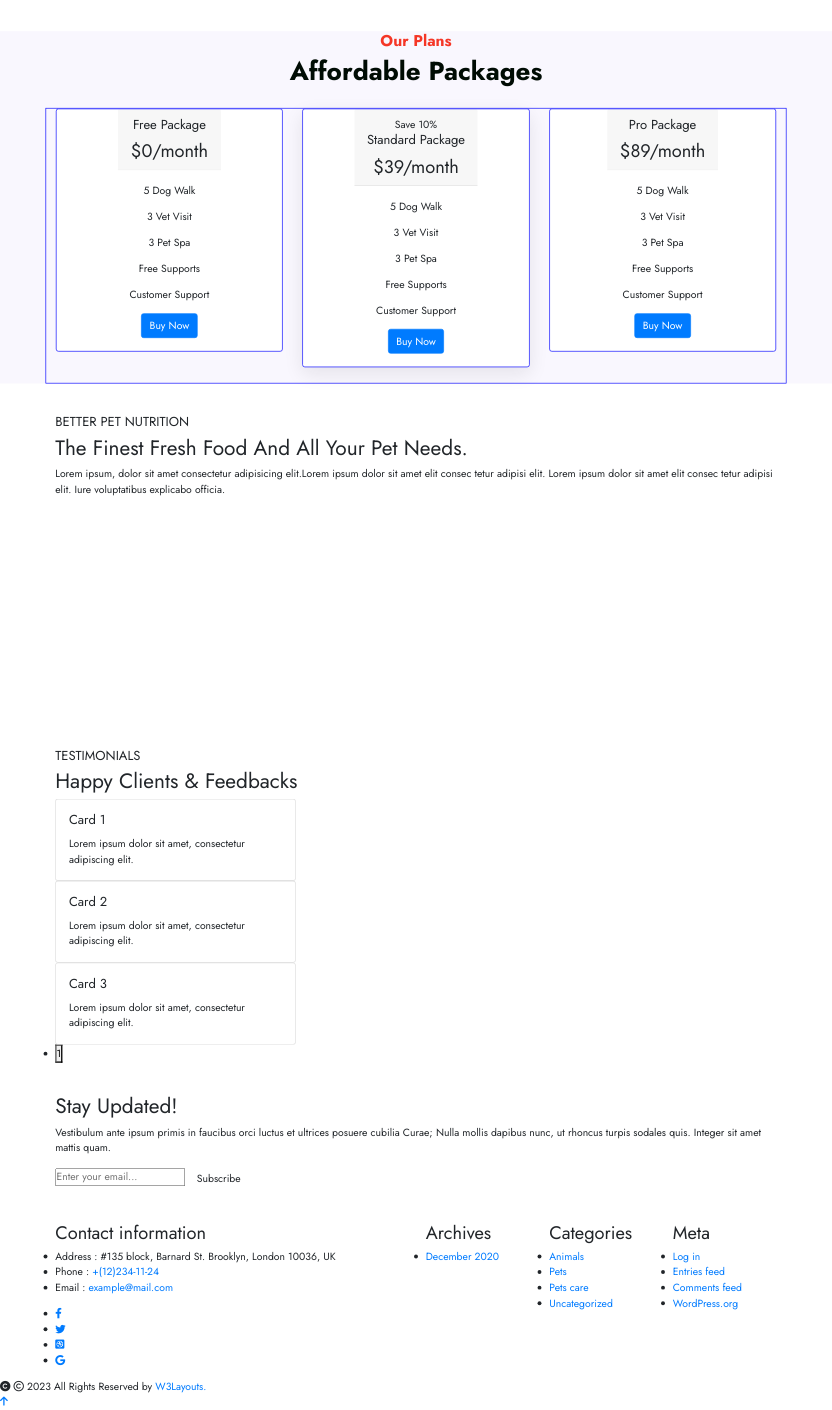
Repository: thanhfrankie/poochcare
Page: index.html
An editor plug-in stored every save of this project. The page is shown before and after a run of saves, followed by the edit.
The browser window is 1280 px wide. The pictures show the whole page, at 65% of full size.
Pictures or frames that could not be fetched are drawn as grey boxes.

Above is the page before, as saved 2023-12-20 21:38:40.

### index.html
<!DOCTYPE html>
<html lang="en">
  <head>
    <title>Pooch Care</title>
    <!-- Required meta tags -->
    <meta charset="utf-8" />
    <meta
      name="viewport"
      content="width=device-width, initial-scale=1, shrink-to-fit=no"
    />
    <!-- FONT AWESOME -->
    <link
      rel="stylesheet"
      href="https://cdnjs.cloudflare.com/ajax/libs/font-awesome/6.4.2/css/all.min.css"
      integrity="sha512-z3gLpd7yknf1YoNbCzqRKc4qyor8gaKU1qmn+CShxbuBusANI9QpRohGBreCFkKxLhei6S9CQXFEbbKuqLg0DA=="
      crossorigin="anonymous"
      referrerpolicy="no-referrer"
    />
    <!-- Bootstrap CSS -->
    <link
      rel="stylesheet"
      href="https://stackpath.bootstrapcdn.com/bootstrap/4.3.1/css/bootstrap.min.css"
      integrity="sha384-ggOyR0iXCbMQv3Xipma34MD+dH/1fQ784/j6cY/iJTQUOhcWr7x9JvoRxT2MZw1T"
      crossorigin="anonymous"
    />
    <!-- Font Jost -->
    <link rel="preconnect" href="https://fonts.googleapis.com" />
    <link rel="preconnect" href="https://fonts.gstatic.com" crossorigin />
    <link
      href="https://fonts.googleapis.com/css2?family=Jost:wght@300;400;700&display=swap"
      rel="stylesheet"
    />
    <!-- Pricing CSS -->
    <link rel="stylesheet" href="./css/pricing.css" />
    <!-- pet food CSS (em đặt tên nutrition hay pet-nutrition hay pet__nutrition nó không cho đặt vậy ạ) -->
    <link rel="stylesheet" href="./css/petfood.css" />
    <!-- Testimonials CSS -->
    <link rel="stylesheet" href="./css/testimonials.css" />
    <!-- Subscribe CSS -->
    <link rel="stylesheet" href="./css/subscribe.css" />
    <!-- footer CSS -->
    <link rel="stylesheet" href="./css/footer.css" />
    <!-- Main CSS -->
    <link rel="stylesheet" href="./css/style.css" />
  </head>
  <body>
    <!-- Pricing -->
    <section class="pricing" id="pricing">
      <div class="container mt-5">
        <div class="title">
          <h4>Our Plans</h4>
          <h2>Affordable Packages</h2>
        </div>
        <div class="row">
          <!-- Pricing Card 1 -->
          <div class="col-lg-4">
            <div class="card">
              <div class="card-header">
                <h5 class="card-title">Free Package</h5>
                <h3 class="card-text">$0/month</h3>
              </div>
              <div class="card-body">
                <p class="card-text">5 Dog Walk</p>
                <p class="card-text">3 Vet Visit</p>
                <p class="card-text">3 Pet Spa</p>
                <p class="card-text">Free Supports</p>
                <p class="card-text">Customer Support</p>
                <a href="#" class="btn btn-primary btn-buy">Buy Now</a>
              </div>
            </div>
          </div>

          <!-- Pricing Card 2 -->
          <div class="col-lg-4 mb-4">
            <div class="card card2">
              <div class="card-header">
                <div class="card-save">Save 10%</div>
                <h5 class="card-title">Standard Package</h5>
                <h3 class="card-text">$39/month</h3>
              </div>
              <div class="card-body">
                <p class="card-text">5 Dog Walk</p>
                <p class="card-text">3 Vet Visit</p>
                <p class="card-text">3 Pet Spa</p>
                <p class="card-text">Free Supports</p>
                <p class="card-text">Customer Support</p>
                <a href="#" class="btn btn-primary btn-buy">Buy Now</a>
              </div>
            </div>
          </div>

          <!-- Pricing Card 3 -->
          <div class="col-lg-4 mb-4">
            <div class="card">
              <div class="card-header">
                <h5 class="card-title">Pro Package</h5>
                <h3 class="card-text">$89/month</h3>
              </div>
              <div class="card-body">
                <p class="card-text">5 Dog Walk</p>
                <p class="card-text">3 Vet Visit</p>
                <p class="card-text">3 Pet Spa</p>
                <p class="card-text">Free Supports</p>
                <p class="card-text">Customer Support</p>
                <a href="#" class="btn btn-primary btn-buy">Buy Now</a>
              </div>
            </div>
          </div>
        </div>
      </div>
    </section>
    <!-- PET NUTRITION -->
    <section class="nutrition">
      <div class="container mt-5">
        <h5>BETTER PET NUTRITION</h5>
        <h2>The Finest Fresh Food And All Your Pet Needs.</h2>
        <p>
          Lorem ipsum, dolor sit amet consectetur adipisicing elit.Lorem ipsum
          dolor sit amet elit consec tetur adipisi elit. Lorem ipsum dolor sit
          amet elit consec tetur adipisi elit. Iure voluptatibus explicabo
          officia.
        </p>
        <iframe
          width="560"
          height="315"
          src="https://www.youtube.com/embed/JXUTJNv4j6A?si=1nzgvqwKbkVzJ4BS"
          title="YouTube video player"
          frameborder="0"
          allow="accelerometer; autoplay; clipboard-write; encrypted-media; gyroscope; picture-in-picture; web-share"
          allowfullscreen
        ></iframe>
      </div>
    </section>
    <!-- TESTIMONIALS -->
    <section class="testimonial">
      <div class="container mt-5">
        <h5>TESTIMONIALS</h5>
        <h2>Happy Clients & Feedbacks</h2>
        <div class="slick-carousel">
          <!-- Slick Carousel Item 1 -->
          <div class="card">
            <div class="card-body">
              <h5 class="card-title">Card 1</h5>
              <p class="card-text">
                Lorem ipsum dolor sit amet, consectetur adipiscing elit.
              </p>
            </div>
          </div>

          <!-- Slick Carousel Item 2 -->
          <div class="card">
            <div class="card-body">
              <h5 class="card-title">Card 2</h5>
              <p class="card-text">
                Lorem ipsum dolor sit amet, consectetur adipiscing elit.
              </p>
            </div>
          </div>

          <!-- Slick Carousel Item 3 -->
          <div class="card">
            <div class="card-body">
              <h5 class="card-title">Card 3</h5>
              <p class="card-text">
                Lorem ipsum dolor sit amet, consectetur adipiscing elit.
              </p>
            </div>
          </div>
        </div>
      </div>
    </section>
    <!-- Subscribe -->
    <section class="subscribe">
      <div class="container mt-5">
        <h2>Stay Updated!</h2>
        <p>
          Vestibulum ante ipsum primis in faucibus orci luctus et ultrices
          posuere cubilia Curae; Nulla mollis dapibus nunc, ut rhoncus turpis
          sodales quis. Integer sit amet mattis quam.
        </p>
        <input
          type="email"
          name=""
          id="subscribe"
          placeholder="Enter your email..."
        />
        <button class="btn">Subscribe</button>
      </div>
    </section>
    <footer>
      <div class="container mt-5">
        <div class="row">
          <div class="col-lg-6">
            <h3>Contact information</h3>
            <ul class="footer__contact">
              <li>
                Address : #135 block, Barnard St. Brooklyn, London 10036, UK
              </li>
              <li>
                Phone :
                <span>
                  <a href="#">+(12)234-11-24</a>
                </span>
              </li>
              <li>
                Email :
                <span>
                  <a href="#">example@mail.com</a>
                </span>
              </li>
            </ul>
            <ul class="footer__social">
              <li>
                <a href="https://www.facebook.com/w3layouts/">
                  <i class="fa-brands fa-facebook-f"></i
                ></a>
              </li>
              <li>
                <a href="https://twitter.com/W3layouts"
                  ><i class="fa-brands fa-twitter"></i
                ></a>
              </li>
              <li>
                <a href="https://dribbble.com/w3layouts"
                  ><i class="fa-brands fa-square-dribbble"></i
                ></a>
              </li>
              <li>
                <a href="https://myaccount.google.com/intro/profile"
                  ><i class="fa-brands fa-google"></i
                ></a>
              </li>
            </ul>
          </div>
          <div class="col-lg-6">
            <div class="row">
              <div class="col-sm-4">
                <h3>Archives</h3>
                <ul>
                  <li>
                    <a href="#"> December 2020 </a>
                  </li>
                </ul>
              </div>
              <div class="col-sm-4">
                <h3>Categories</h3>
                <ul>
                  <li>
                    <a href="#"> Animals </a>
                  </li>
                  <li>
                    <a href="#"> Pets </a>
                  </li>
                  <li>
                    <a href="#"> Pets care </a>
                  </li>
                  <li>
                    <a href="#"> Uncategorized </a>
                  </li>
                </ul>
              </div>
              <div class="col-sm-4">
                <h3>Meta</h3>
                <ul>
                  <li>
                    <a href="#"> Log in </a>
                  </li>
                  <li>
                    <a href="#"> Entries feed </a>
                  </li>
                  <li>
                    <a href="#"> Comments feed </a>
                  </li>
                  <li>
                    <a href="#"> WordPress.org </a>
                  </li>
                </ul>
              </div>
            </div>
          </div>
        </div>
      </div>
      <div class="copyright">
        <i class="fa fa-copyright" aria-hidden="true"></i>
        <i class="fa-regular fa-copyright"></i>
        <span
          >2023 All Rights Reserved by
          <a href="https://w3layouts.com/">W3Layouts.</a></span
        >
      </div>
    </footer>
    <a href="#" class="backToTop cd-top text-replace js-cd-top">
      <i class="fa fa-arrow-up"></i>
    </a>
    <!-- Optional JavaScript -->
    <!-- jQuery first, then Popper.js, then Bootstrap JS -->
    <script
      src="https://code.jquery.com/jquery-3.3.1.slim.min.js"
      integrity="sha384-q8i/X+965DzO0rT7abK41JStQIAqVgRVzpbzo5smXKp4YfRvH+8abtTE1Pi6jizo"
      crossorigin="anonymous"
    ></script>
    <script
      src="https://cdnjs.cloudflare.com/ajax/libs/popper.js/1.14.7/umd/popper.min.js"
      integrity="sha384-UO2eT0CpHqdSJQ6hJty5KVphtPhzWj9WO1clHTMGa3JDZwrnQq4sF86dIHNDz0W1"
      crossorigin="anonymous"
    ></script>
    <script
      src="https://stackpath.bootstrapcdn.com/bootstrap/4.3.1/js/bootstrap.min.js"
      integrity="sha384-JjSmVgyd0p3pXB1rRibZUAYoIIy6OrQ6VrjIEaFf/nJGzIxFDsf4x0xIM+B07jRM"
      crossorigin="anonymous"
    ></script>
    <!-- slick carousel  -->
    <script
      src="https://cdnjs.cloudflare.com/ajax/libs/slick-carousel/1.8.1/slick.min.js"
      integrity="sha512-XtmMtDEcNz2j7ekrtHvOVR4iwwaD6o/FUJe6+Zq+HgcCsk3kj4uSQQR8weQ2QVj1o0Pk6PwYLohm206ZzNfubg=="
      crossorigin="anonymous"
      referrerpolicy="no-referrer"
    ></script>
    <script>
      // Initialize Slick Carousel
      $(".slick-carousel").slick({
        slidesToShow: 3,
        slidesToScroll: 1,
        dots: true,
        prevArrow: '<button type="button" class="slick-prev">&#9665;</button>',
        nextArrow: '<button type="button" class="slick-next">&#9655;</button>',
        responsive: [
          {
            breakpoint: 768,
            settings: {
              slidesToShow: 2,
            },
          },
          {
            breakpoint: 576,
            settings: {
              slidesToShow: 1,
            },
          },
        ],
      });
    </script>
  </body>
</html>

### css/pricing.css
.pricing {
    background-color: #F9F7FE;
}
.pricing .container {
    width: 100%;
}
.pricing .container .title {
    display: flex;
    justify-content: center;
    align-items: center;
    flex-direction: column;
    padding-bottom: 25px;
}
.pricing .container .title h4 {
    color: #F53626;
    font-weight: 550;

}
.pricing .title h2{
    font-size: 40px;
    font-weight: 600;
    line-height: 48px;
    text-transform: capitalize;
    color:#000C04;
 }
 .pricing .container .row {
    gap: -40px;
    border: 1px solid blue;

 }
 .pricing .container .row .card {
    display: flex;
    justify-content: center;
    align-items: center;
    flex-direction: column;
    text-align: center;
    border: 1px solid blue;
    background-color: #FFFFFF;

 }
 .pricing .container .row .card2 {
    box-shadow: 0 10px 30px 0 rgba(17, 17, 17, 0.09);
    padding: 0 30px;
    z-index: 1;
 }

### css/testimonials.css
TESTIMONIALS

### css/style.css
/* Global */
* {
  padding: 0;
  margin: 0;
  box-sizing: border-box;
}
html,
body {
  font-family: "Jost", sans-serif;
}

Loaded but not shown: css/footer.css (no copy from this time; the picture is the same without it); css/petfood.css (no copy from this time; the picture is the same without it); css/subscribe.css (no copy from this time; the picture is the same without it)

After the next 2 saves:
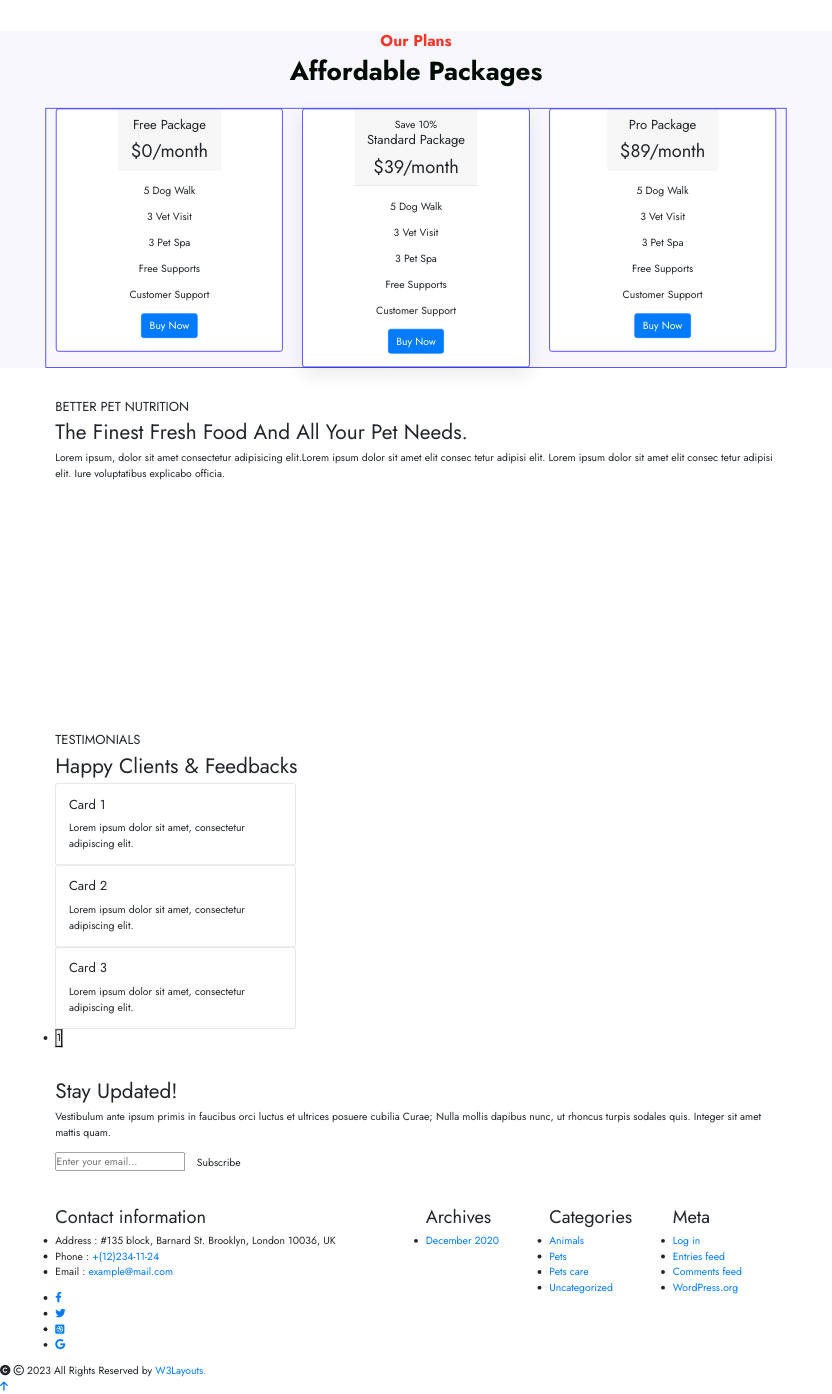
The 2 saves are shown as one change because they came seconds apart.
The last was saved 10 s later.
--- a/index.html
+++ b/index.html
@@ -71,7 +71,7 @@
           </div>
 
           <!-- Pricing Card 2 -->
-          <div class="col-lg-4 mb-4">
+          <div class="col-lg-4">
             <div class="card card2">
               <div class="card-header">
                 <div class="card-save">Save 10%</div>
@@ -90,7 +90,7 @@
           </div>
 
           <!-- Pricing Card 3 -->
-          <div class="col-lg-4 mb-4">
+          <div class="col-lg-4">
             <div class="card">
               <div class="card-header">
                 <h5 class="card-title">Pro Package</h5>
